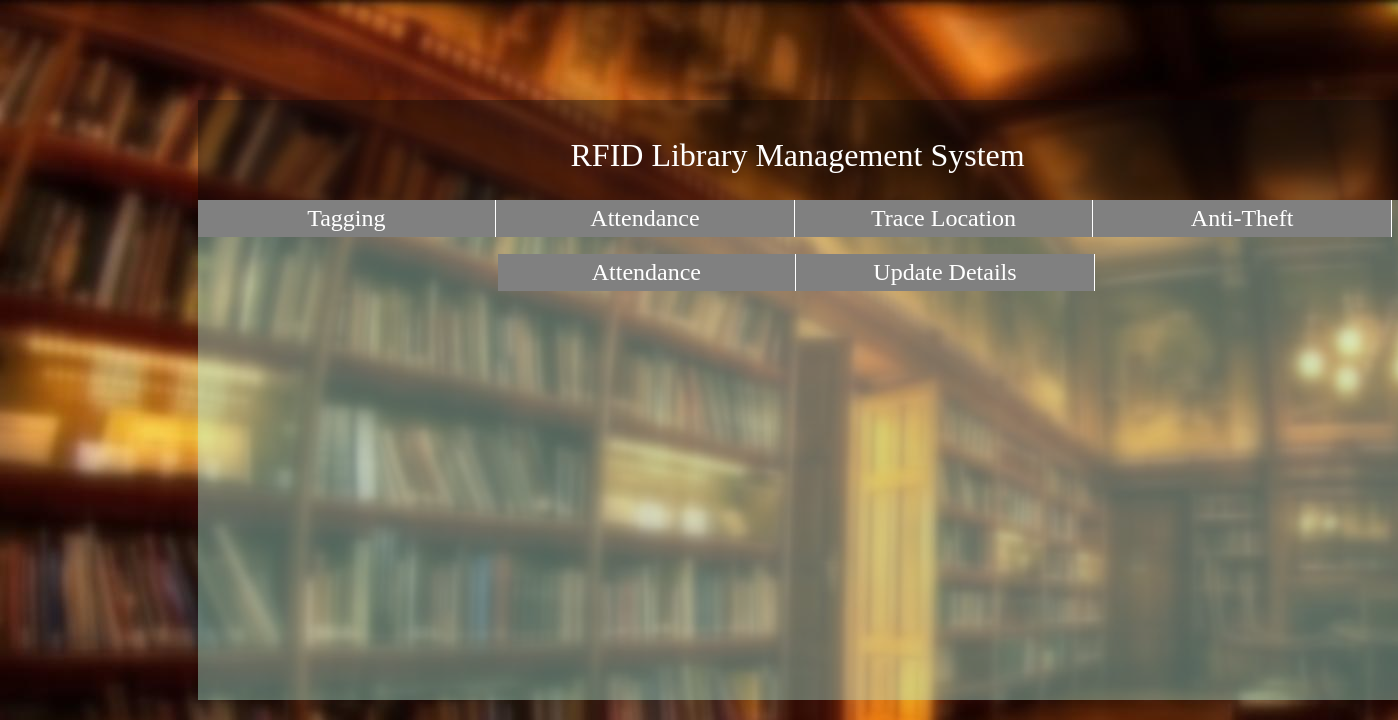
Repository: vigineshs/A-Smart-Data-Analyzer-for-Library-Management-System
Page: http://localhost/librarymgmt/attend.jsp
The author's editor kept a copy of each file at every save. The page is drawn from the files as they stood at one save, then again after the next save.
The browser window is 1280 px wide. The page is 1398 px wide, so the pictures cover 1398 px, including what lies to the right of the window. The pictures show the whole page.
The page is served by Tomcat 9.

Above is the page before, as saved 2013-02-11 14:39:44.

After the next save:
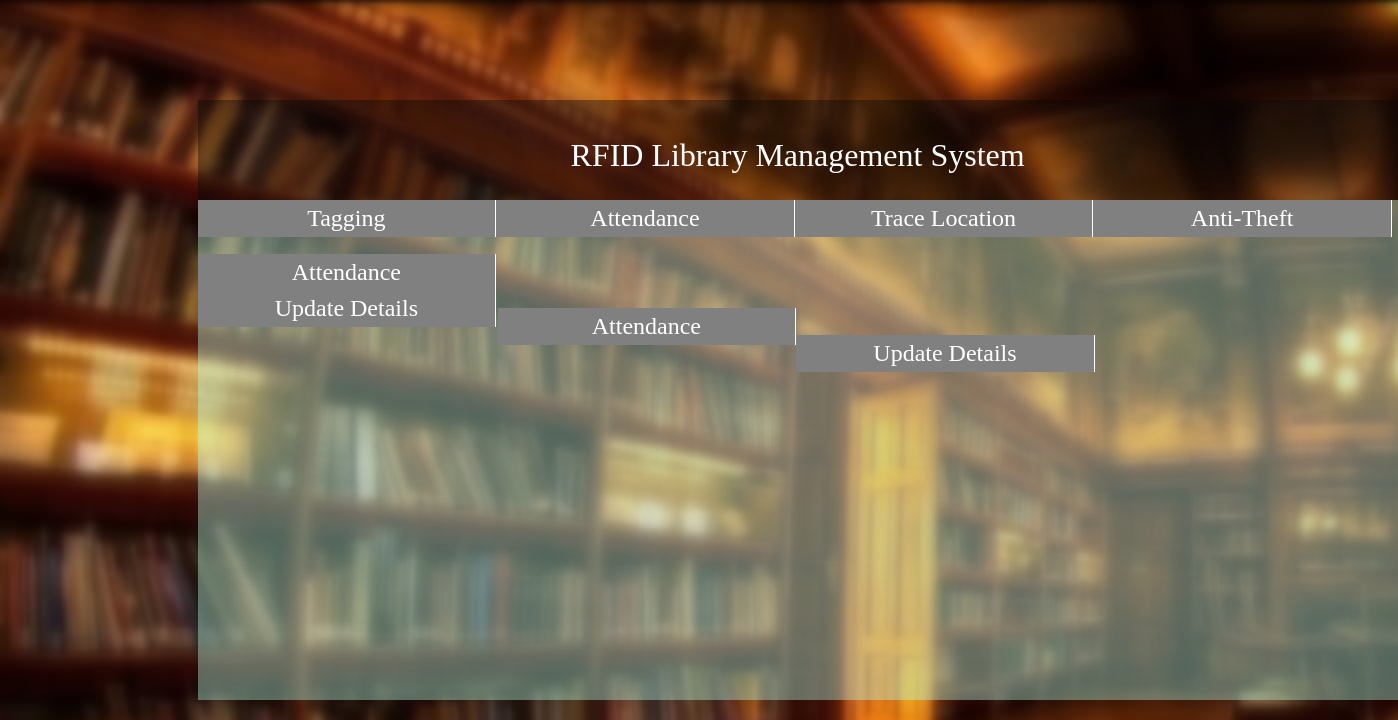
Saved 26 s later.
--- a/PassiveRFID/CS203-Version 1.0.6/Demo Applications/Dot Net C#/Demo Applications Source Code/RFID/librarymgmt/WebContent/attend.jsp
+++ b/PassiveRFID/CS203-Version 1.0.6/Demo Applications/Dot Net C#/Demo Applications Source Code/RFID/librarymgmt/WebContent/attend.jsp
@@ -22,10 +22,11 @@ RFID Library Management System
 </ul>
 <br/><br/>
 	<div id="lcon">
-
+<a href="attendance.jsp">Attendance</a><br/>
+<a href="updetails.jsp">Update Details</a><br/>
 	</div>
 	<div id="rcon">
-<a href="attendance.jsp">Attendance</a>
+<a href="attendance.jsp">Attendance</a><br/>
 <a href="updetails.jsp">Update Details</a><br/>
 
 	</div>
